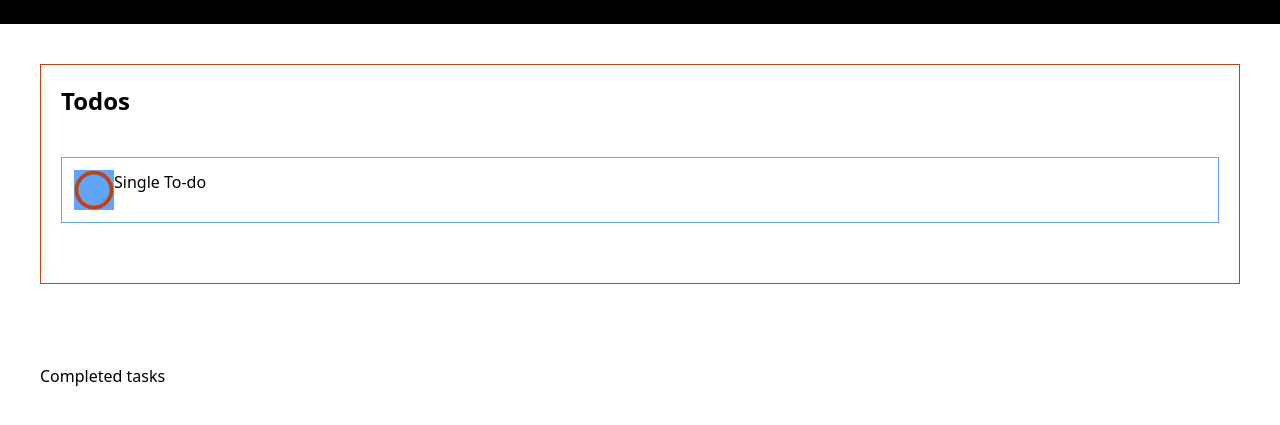
Repository: thekingisherenow/personalTodo
Page: /
These files come from the project's save history. The page is drawn as it stood at one moment and after the next save; the edit follows.
The browser window is 1280 px wide. The pictures show the whole page.
The project was rebuilt for these pictures with package versions that can differ from the ones it lists, and the page was loaded fresh each time. The framework's server and built-in components were replaced by stand-ins that run in the browser. Also part of the build but not shown: next.config.js, styles/Home.module.css.

Above is the page before, as saved 2022-12-15 15:56:01.

After the next save:
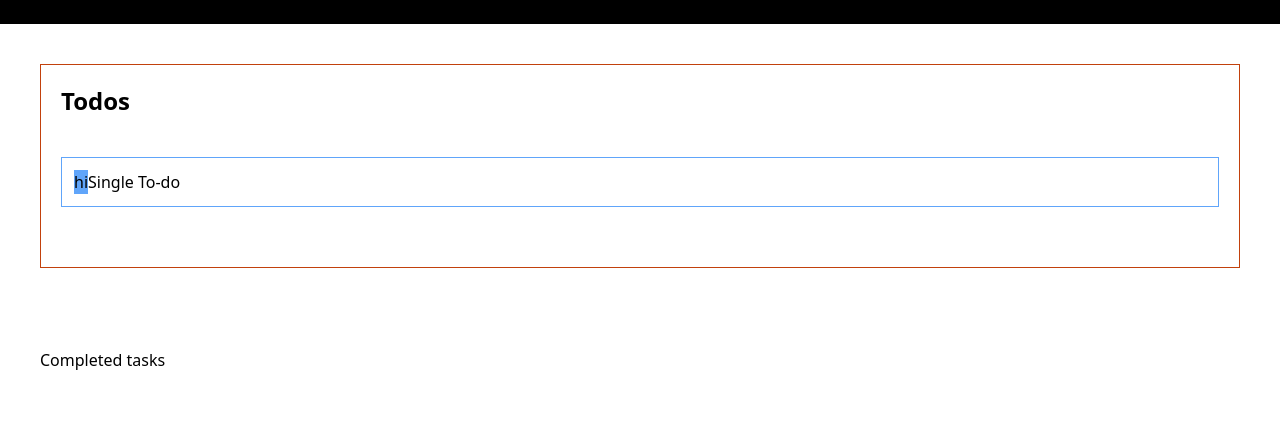
Saved 48 s later.
--- a/components/Todo.js
+++ b/components/Todo.js
@@ -13,8 +13,10 @@ function Todo() {
 
 <CheckCircleIcon
 className=' text-orange-700 w-10 h-10 ' /> :
-<FaRegCircle
-  className='w-10 text-orange-700 h-10' />
+<>
+{/* <FaRegCircle className='w-10 text-orange-700 h-10' /> */}
+<span>hi</span>
+</>
 }
 </div>
       <span>Single To-do</span>
